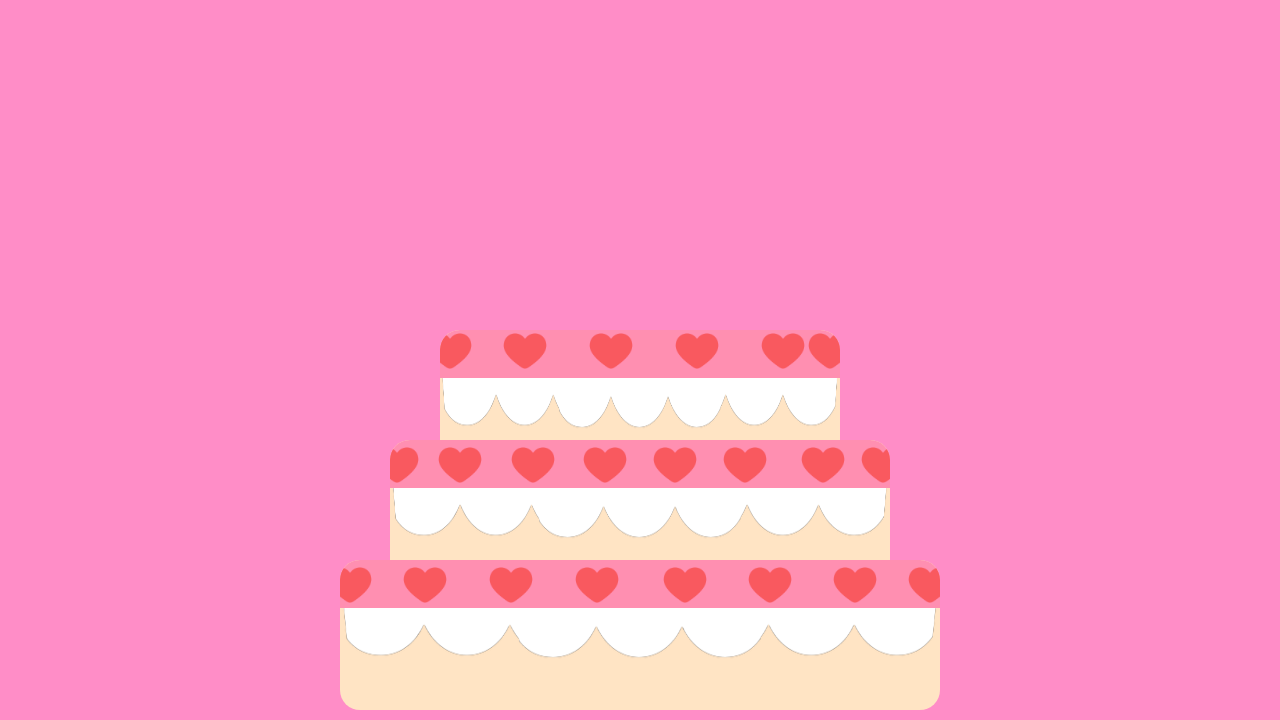
Repository: iphoneboy46/happybirthday
Page: index.html
An editor plug-in stored every save of this project. The page is shown before and after the next save, followed by the edit.
The browser window is 1280 px wide. The pictures show the whole page.

Above is the page before, as saved 2022-11-28 15:44:28.

After the next save:
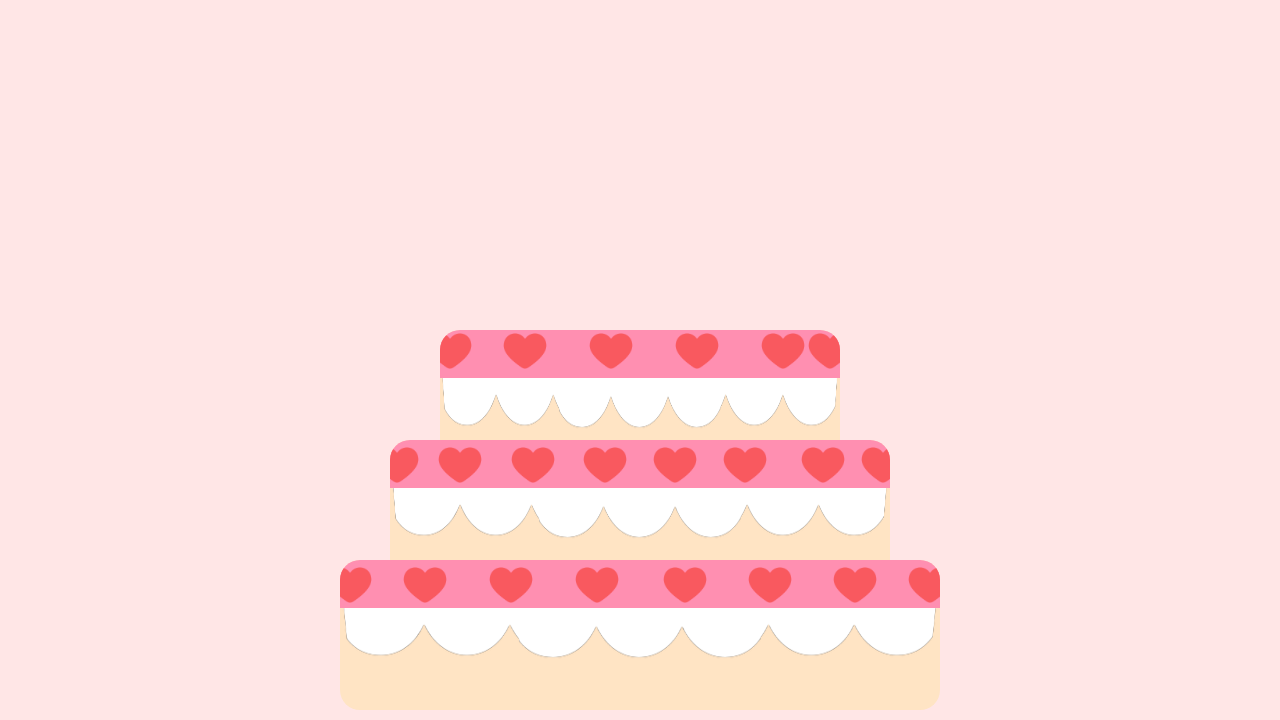
Saved 24 s later.
--- a/style.css
+++ b/style.css
@@ -6,7 +6,7 @@
 
 .container{
    width: 100%;
-    background-color: #FF8DC7;
+    background-color: #FFE6E6;
    height: 100vh;
    display: flex;
    justify-content: center;
